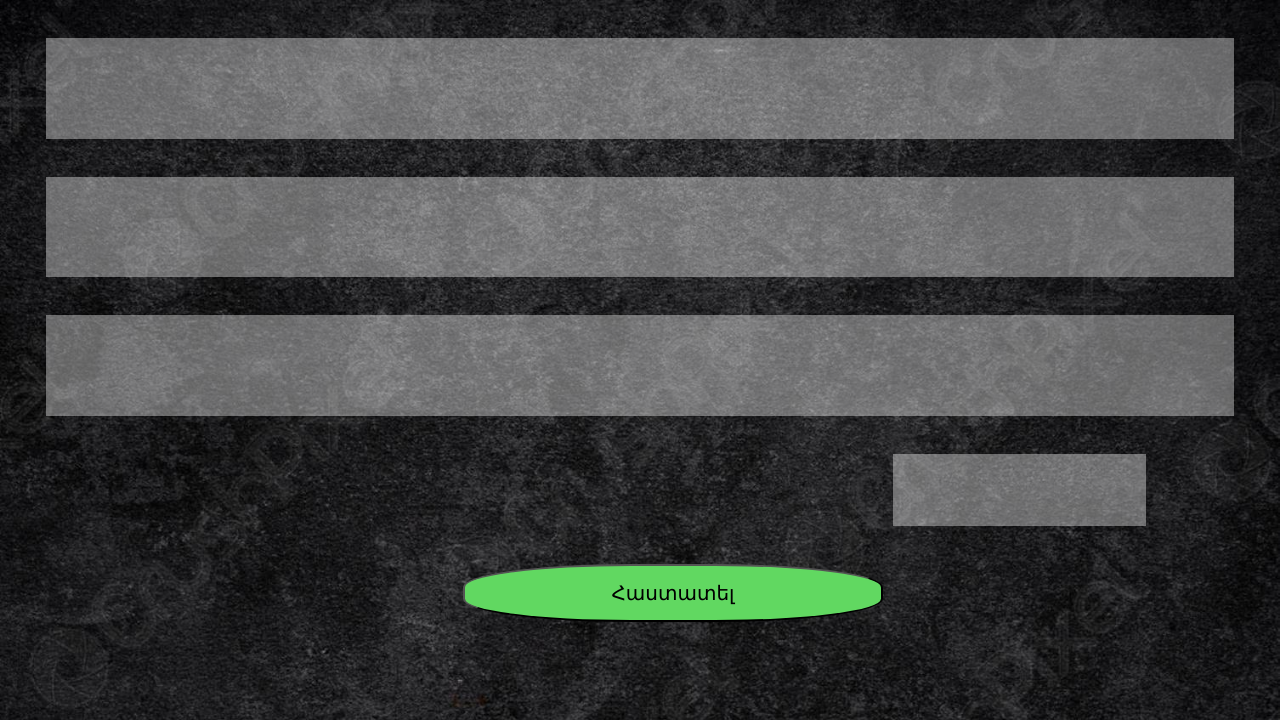
Repository: NarekTovmasyan/PizzaManue
Page: public/basket.html
The author's editor kept a copy of each file at every save. The page is drawn from the files as they stood at one save, then again after the next save.
The browser window is 1280 px wide. The pictures show the whole page.

Above is the page before, as saved 2022-01-20 13:26:27.

After the next save:
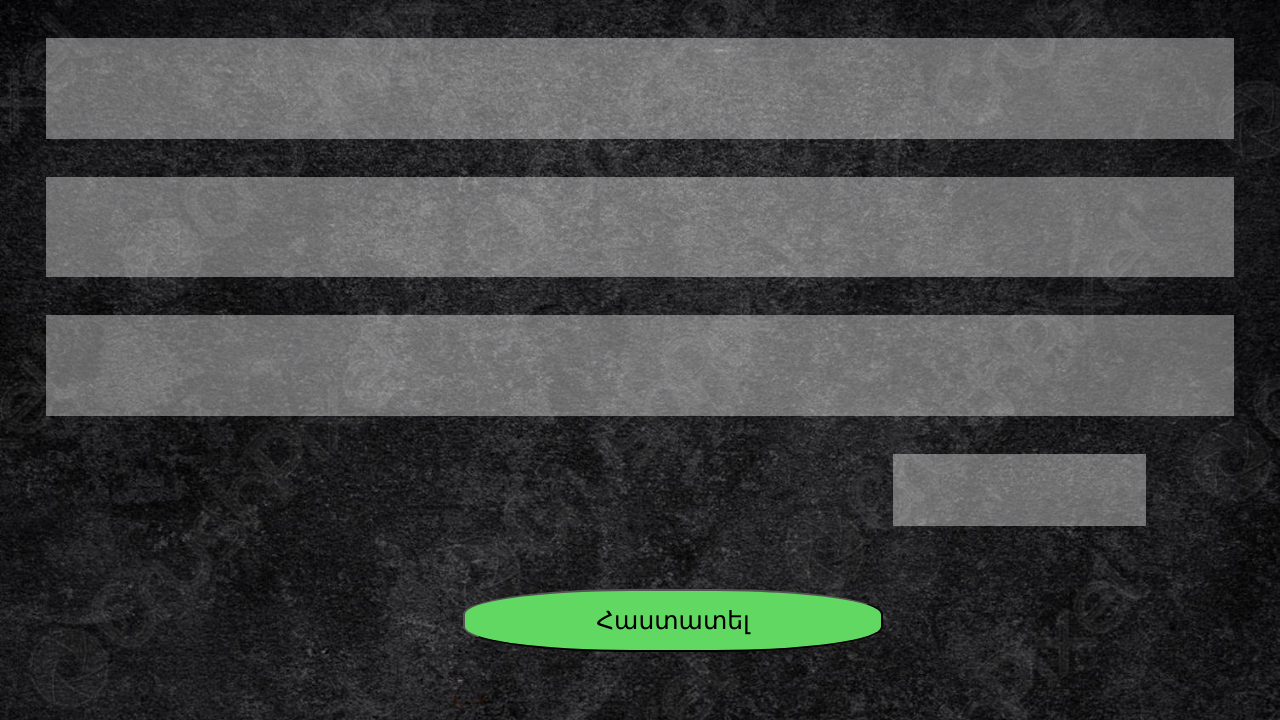
Saved 78 s later.
--- a/public/basket.css
+++ b/public/basket.css
@@ -34,7 +34,7 @@
     border-radius: 40%;
     text-align:center;
     width: 420px;
-    font-size: 20px;
+    font-size: 25px;
     margin-left:36%;
-    margin-top: 3%;
+    margin-top: 5%;
 }
